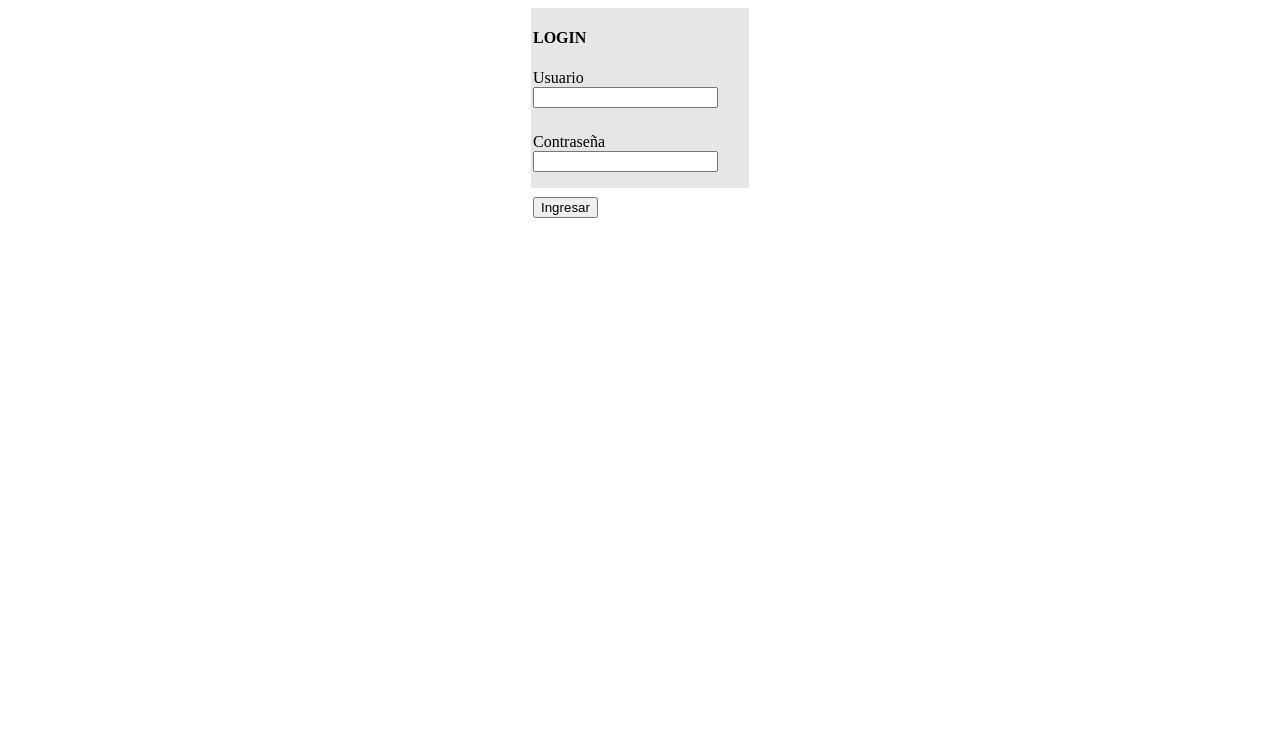
Repository: juanmondragonc/torre-project
Page: http://localhost/torre/login.jsp
These files come from the project's save history. The page is drawn as it stood at one moment and after the next save; the edit follows.
The browser window is 1280 px wide. The pictures show the whole page.
The page is served by Tomcat 9.

Above is the page before, as saved 2022-08-10 20:38:16.

After the next save:
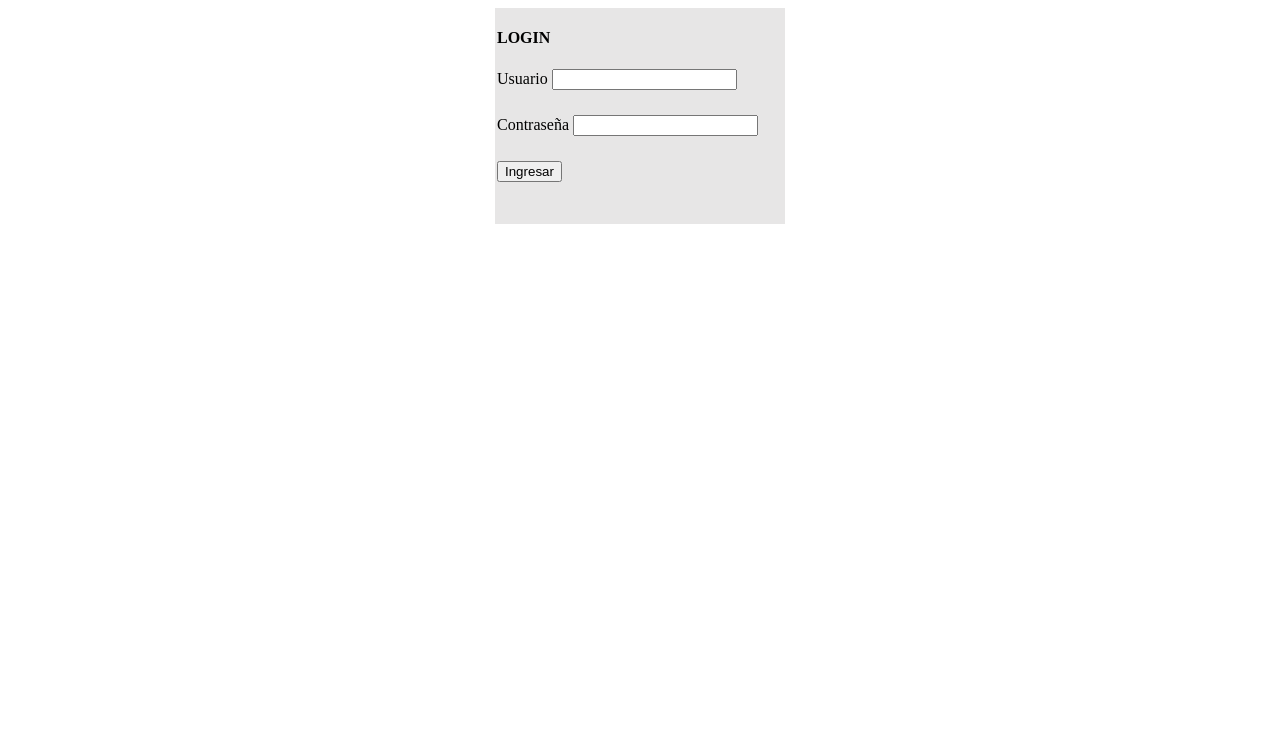
Saved 12 s later.
--- a/torre/src/main/webapp/css/style.css
+++ b/torre/src/main/webapp/css/style.css
@@ -15,7 +15,7 @@
 }
 .section-login{
 	padding-left: 2px;
-	width: 30vh;
-	height:25vh;
+	width: 40vh;
+	height:30vh;
 	background-color: #e7e6e6;
 }
